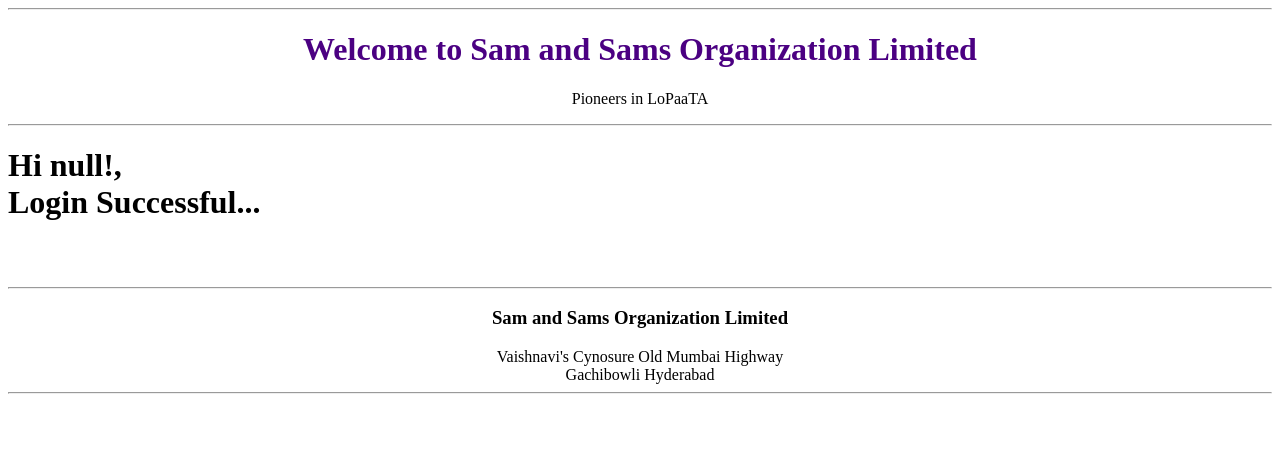
Repository: somnath0796/DeveloperMaterials
Page: http://localhost/JspApp/success.jsp
These files come from the project's save history. The page is drawn as it stood at one moment and after the next save; the edit follows.
The browser window is 1280 px wide. The pictures show the whole page.
The page is served by Tomcat 9.

Above is the page before, as saved 2018-02-02 06:13:13.

After the next save:
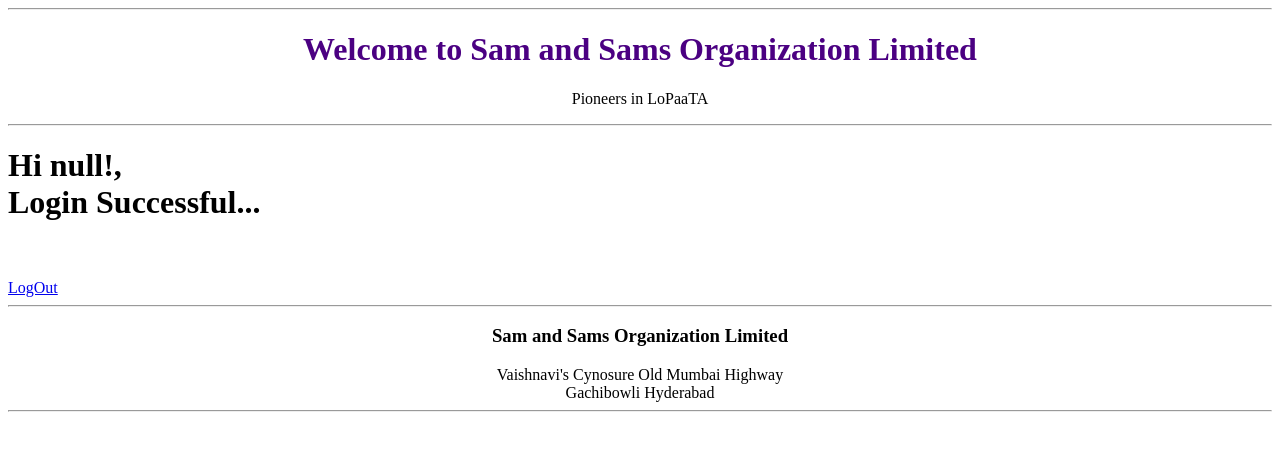
Saved 46 s later.
--- a/JspApp/WebContent/success.jsp
+++ b/JspApp/WebContent/success.jsp
@@ -10,7 +10,7 @@
 	<%@ include file="header.jsp"%>
 	<h1>Hi <%=session.getAttribute("name") %>!,<br>Login Successful...</h1>
 
-	<br><br> <a href="logout.jsp"></a>
+	<br><br> <a href="logout.jsp">LogOut</a>
 	<%@ include file="footer.jsp"%>
 </body>
 </html>
